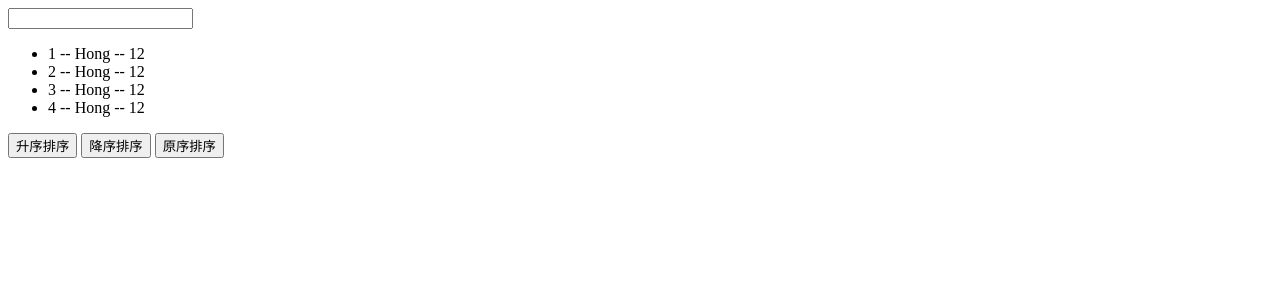
Repository: CodeHuai/vue_note
Page: 练习/index.html
An editor plug-in stored every save of this project. The page is shown before and after the next save, followed by the edit.
The browser window is 1280 px wide. The pictures show the whole page.

Above is the page before, as saved 2021-07-06 17:54:57.

After the next save:
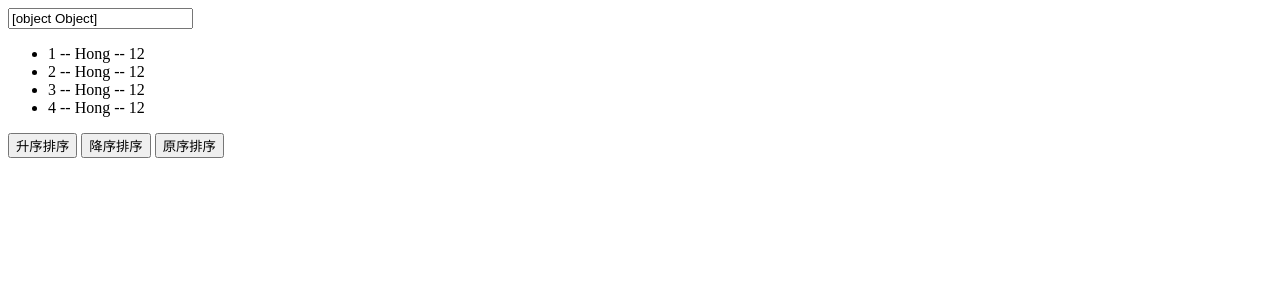
Saved 85 s later.
--- a/练习/index.html
+++ b/练习/index.html
@@ -11,7 +11,7 @@
 
 <body>
     <div id="app">
-        <input type="text" name="" id="" v-model='search'>
+        <input type="text" name="" id="" v-model='computed'>
         <ul>
             <li v-for='(item, index) in persons'>
                 {{item.id}} -- {{item.name}} -- {{item.age}}
